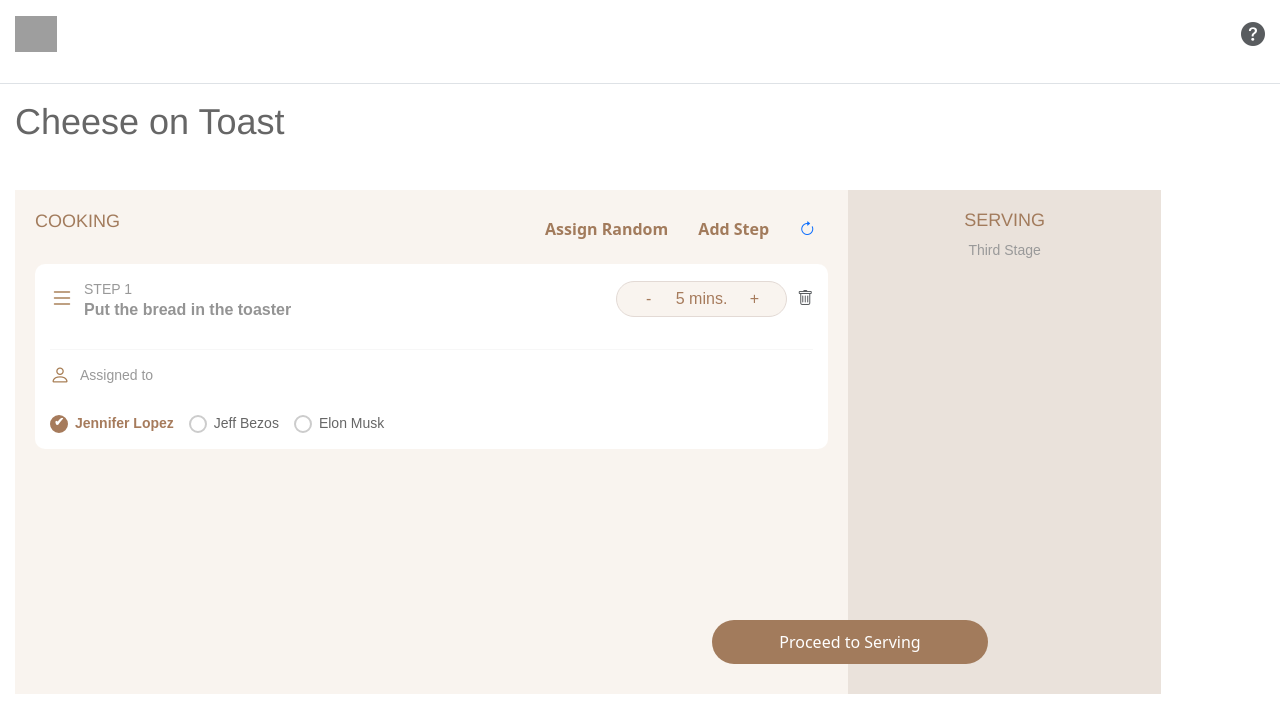
Repository: devashrisamani/SMC
Page: assign.html
An editor plug-in stored every save of this project. The page is shown before and after the next save, followed by the edit.
The browser window is 1280 px wide. The pictures show the whole page.
Pictures or frames that could not be fetched are drawn as grey boxes.

Above is the page before, as saved 2024-10-10 13:46:16.

### assign.html
<!DOCTYPE html>
<html lang="en">
  <head>
    <meta charset="UTF-8" />
    <meta name="viewport" content="width=device-width, initial-scale=1.0" />
    <link
      href="https://cdn.jsdelivr.net/npm/bootstrap@5.3.0-alpha1/dist/css/bootstrap.min.css"
      rel="stylesheet"
    />
    <link
      href="https://cdn.jsdelivr.net/npm/bootstrap-icons/font/bootstrap-icons.css"
      rel="stylesheet"
    />
    <link rel="stylesheet" href="styles.css" />
    <title>Assign Page</title>
    <style>
      .step-item {
        border: 1px solid #ddd;
        border-radius: 10px;
        padding: 15px;
        background-color: #f9f9f9;
        margin-bottom: 10px;
      }

      .handle-icon {
        margin-right: 10px;
        font-size: 24px;
        color: #a67c52;
      }

      .step-info {
        display: inline-block;
      }

      .step-number {
        margin: 0;
        font-size: 12px;
        color: #a67c52;
      }

      .step-title {
        margin: 0;
        font-size: 16px;
        font-weight: bold;
        color: #949494;
      }

      .step-divider {
        border: none;
        border-top: 1px solid #ddd;
        margin: 10px 0;
      }

      .step-header {
        display: flex;
        align-items: center;
        justify-content: flex-start; /* Align everything to the left */
        gap: 10px; /* Space between the elements */
      }

      .step-timer {
        display: flex;
        align-items: center;
        border: 1px solid #e3dad5;
        border-radius: 25px;
        padding: 5px 15px;
        background-color: #f9f4ef;
        flex-shrink: 0; /* Prevent the timer from shrinking */
      }

      .delete-step {
        margin-left: 10px;
        cursor: pointer;
        flex-shrink: 0; /* Prevent it from being pushed away */
      }

      .timer-btn {
        background-color: #f9f4ef;
        border: none; /* Remove the default button border */
        border-radius: 50%; /* Makes the button round */
        width: 24px;
        height: 24px;
        display: inline-flex;
        justify-content: center;
        align-items: center;
        color: #a67b5c; /* Set the color to match the design */
        cursor: pointer;
        margin: 0 5px;
      }

      .timer-btn:hover {
        background-color: #eae2db;
      }

      .step-timer span {
        color: #a67b5c;
        font-weight: 500; /* Add some weight to the text */
        margin: 0 10px; /* Adjusts the spacing around the time text */
      }

      .delete-step:hover {
        color: #333;
      }

      .step-body {
        margin-top: 10px;
        display: flex;
        flex-direction: column;
        align-items: flex-start;
      }

      .assigned-users {
        display: flex;
        gap: 15px;
        margin-left: 0;
        margin-top: 10px;
      }

      .assigned-text {
        margin-left: 0;
      }

      .task-icon {
        font-size: 20px;
        color: #a67c52;
        margin-right: 10px;
      }

      /* radio buttons */

      /* Hide default radio buttons */
      .user-option input[type="radio"] {
        opacity: 0;
        position: absolute;
      }

      /* Custom radio button styles */
      .user-option {
        display: inline-flex;
        align-items: center;
        font-size: 14px;
        color: #666;
        cursor: pointer;
      }

      .user-option input[type="radio"] + span {
        display: inline-flex;
        align-items: center;
        gap: 8px;
        position: relative;
        padding-left: 25px; /* Space for the custom circle */
        color: #666; /* Default text color */
        font-weight: normal; /* Normal weight for unselected */
      }

      .user-option input[type="radio"] + span::before {
        content: "";
        display: inline-block;
        width: 18px;
        height: 18px;
        border-radius: 50%;
        border: 2px solid #ccc;
        position: absolute;
        left: 0;
        background-color: white; /* Background for unselected radio */
      }

      /* Style for the checked radio button */
      .user-option input[type="radio"]:checked + span::before {
        border-color: #a67b5c; /* Change border color for selected radio */
        background-color: #a67b5c; /* Fill the circle */
      }

      /* Add the checkmark inside the circle */
      .user-option input[type="radio"]:checked + span::after {
        content: "✔";
        position: absolute;
        left: 4px;
        top: 0;
        font-size: 12px;
        color: white;
      }

      /* Highlight the text when selected */
      .user-option input[type="radio"]:checked + span {
        color: #a67b5c; /* Change the text color when checked */
        font-weight: bold; /* Make the selected name bold */
      }
    </style>
  </head>
  <body>
    <!-- Header -->
    <header class="container-fluid border-bottom py-3">
      <div class="d-flex justify-content-between align-items-center">
        <!-- Logo -->
        <div>
          <img src="img/logomark.svg" alt="Logo" class="logo" />
        </div>

        <!-- Help Icon -->
        <div>
          <i class="bi bi-question-circle-fill fs-4 text-muted"></i>
        </div>
      </div>
    </header>

    <!-- Title and Retry Button -->
    <section class="container-fluid py-3">
      <div class="d-flex justify-content-between align-items-center">
        <!-- Title -->
        <h1 class="header-title">Cheese on Toast</h1>
      </div>
    </section>
    <!-- Main Content -->
    <section class="container-fluid py-3">
      <div class="row position-relative">
        <!-- First Rectangle: Items Needed -->
        <div class="col-md-8 rectangle items-needed">
          <div class="d-flex justify-content-between align-items-center mb-3">
            <!-- Title (Items Needed) -->
            <h4 class="items-title">COOKING</h4>

            <!-- Add Ingredient and Refresh Button -->
            <div>
              <button class="btn btn-link add-ingredient">Assign Random</button>
              <button class="btn btn-link add-ingredient">Add Step</button>
              <button class="btn btn-link refresh-btn">
                <i class="bi bi-arrow-clockwise"></i>
              </button>
            </div>
          </div>

          <ul class="list-group ingredients-list">
            <!-- Ingredients will be added here -->
            <li class="step-item list-group-item">
              <div
                class="step-header d-flex align-items-center justify-content-between"
              >
                <!-- Step handle and title -->
                <div class="d-flex align-items-center">
                  <i class="bi bi-list handle-icon"></i>
                  <div class="step-info">
                    <p class="step-number">STEP 1</p>
                    <h4 class="step-title">Put the bread in the toaster</h4>
                  </div>
                </div>

                <!-- Timer and delete icon grouped together -->
                <div class="d-flex align-items-center">
                  <div class="step-timer">
                    <button class="timer-btn">-</button>
                    <span>5 mins.</span>
                    <button class="timer-btn">+</button>
                  </div>
                  <i class="bi bi-trash text-muted delete-step ml-2"></i>
                </div>
              </div>

              <!-- Horizontal line to separate sections -->
              <hr class="step-divider" />

              <div class="step-body">
                <div class="d-flex align-items-center">
                  <!-- Task icon before "Assigned to" -->
                  <i class="bi bi-person task-icon"></i>
                  <p class="assigned-text mb-0">Assigned to</p>
                </div>

                <!-- Radio buttons below "Assigned to" text -->
                <div class="assigned-users mt-2">
                  <label class="user-option">
                    <input type="radio" name="assigned-user" checked />
                    <span>Jennifer Lopez</span>
                  </label>
                  <label class="user-option">
                    <input type="radio" name="assigned-user" />
                    <span>Jeff Bezos</span>
                  </label>
                  <label class="user-option">
                    <input type="radio" name="assigned-user" />
                    <span>Elon Musk</span>
                  </label>
                </div>
              </div>
            </li>
          </ul>
        </div>

        <!-- Third Rectangle: Serving -->
        <div class="col-md-3 rectangle serving">
          <h5>SERVING</h5>
          <p>Third Stage</p>
        </div>

        <!-- Button inside both Cooking and Serving -->
        <div class="proceed-btn-wrapper position-absolute">
          <button class="btn btn-primary proceed-btn">
            Proceed to Serving
          </button>
        </div>
      </div>
    </section>
  </body>
</html>

### styles.css
/* Custom styles for the header */
html,
body {
  margin: 0;
  padding: 0;
  overflow-x: hidden; /* Hide horizontal scrolling */
}

.logo {
  width: 42px;
  height: 36px;
}

.bi-question-circle-fill {
  color: #a27b5c;
}

.border-bottom {
  border-color: #eee;
}

/* Title Section */
.header-title {
  font-family: "Calistoga-Regular", Helvetica, sans-serif;
  color: #666666;
  font-size: 36px;
  margin: 0;
}

.retry-btn {
  border-color: #a27b5c;
  color: #a27b5c;
  border-radius: 20px;
}

.retry-btn:hover {
  background-color: #a27b5c;
  color: #fff;
}

.container-fluid {
  max-width: 100vw; /* Ensure it does not exceed the viewport width */
  padding-right: 15px;
  padding-left: 15px;
  box-sizing: border-box;
}

.row {
  margin-right: 0;
  margin-left: 0;
}
/* Styling for the three rectangles */

.rectangle {
  background-color: #f7f3ef;
  padding: 20px;
  /* height: 100%; */
  min-height: 70vh;
}

.items-needed {
  background-color: #f9f4ef;
}

.cooking {
  background-color: #f2eee9;
  text-align: center;
}

.serving {
  background-color: #eae2db;
  text-align: center;
}

/* Title and Text Styles */
.items-title {
  font-family: "Calistoga-Regular", Helvetica, sans-serif;
  color: #a27b5c;
  font-size: 18px;
  margin-bottom: 15px;
}

.ingredients-list .list-group-item {
  border: none;
  border-radius: 10px;
  background-color: #fff;
  margin-bottom: 10px;
  font-family: "DM Sans", sans-serif;
}

.ingredients-list .list-group-item strong {
  font-size: 18px;
  color: #666666;
}

.ingredients-list .list-group-item p {
  font-size: 14px;
  color: #999999;
}

/* Add Ingredient Button */
.add-ingredient {
  color: #a27b5c;
  font-weight: bold;
  text-decoration: none;
}

.cooking h5,
.serving h5 {
  font-family: "Calistoga-Regular", Helvetica, sans-serif;
  font-size: 18px;
  color: #a27b5c;
}

.cooking p,
.serving p {
  font-family: "DM Sans", sans-serif;
  font-size: 14px;
  color: #999999;
}

/* Flexbox for the title and button alignment */
.d-flex {
  display: flex;
  justify-content: space-between;
  align-items: center;
  margin-bottom: 15px;
}

.proceed-btn-wrapper {
  position: absolute;
  bottom: 30px;
  left: 50%;
  transform: translateX(20%);
  width: 100%; /* Ensure it's 100% of its parent, not wider */
  max-width: 300px; /* Prevent it from getting too large */
  overflow: hidden;
}

.proceed-btn {
  width: 100%;
  max-width: 300px;
  background-color: #a27b5c;
  color: #fff;
  border-radius: 50px;
  font-size: 16px;
  padding: 10px 40px;
  border: none;
}

.proceed-btn:hover {
  background-color: #8c6649;
  color: #fff;
}

After the next save:
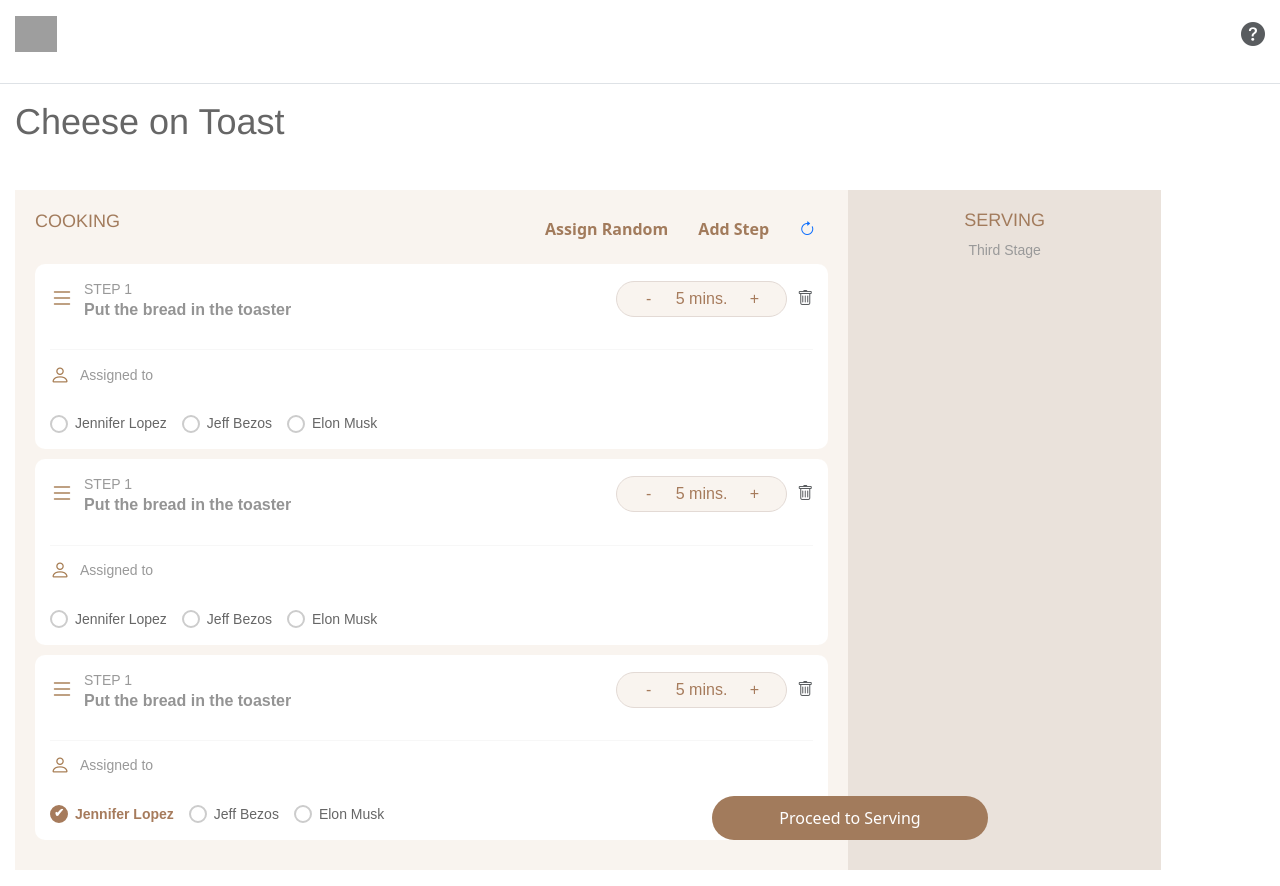
Saved 61 s later.
--- a/assign.html
+++ b/assign.html
@@ -283,6 +283,110 @@
                 </div>
               </div>
             </li>
+
+            <li class="step-item list-group-item">
+              <div
+                class="step-header d-flex align-items-center justify-content-between"
+              >
+                <!-- Step handle and title -->
+                <div class="d-flex align-items-center">
+                  <i class="bi bi-list handle-icon"></i>
+                  <div class="step-info">
+                    <p class="step-number">STEP 1</p>
+                    <h4 class="step-title">Put the bread in the toaster</h4>
+                  </div>
+                </div>
+
+                <!-- Timer and delete icon grouped together -->
+                <div class="d-flex align-items-center">
+                  <div class="step-timer">
+                    <button class="timer-btn">-</button>
+                    <span>5 mins.</span>
+                    <button class="timer-btn">+</button>
+                  </div>
+                  <i class="bi bi-trash text-muted delete-step ml-2"></i>
+                </div>
+              </div>
+
+              <!-- Horizontal line to separate sections -->
+              <hr class="step-divider" />
+
+              <div class="step-body">
+                <div class="d-flex align-items-center">
+                  <!-- Task icon before "Assigned to" -->
+                  <i class="bi bi-person task-icon"></i>
+                  <p class="assigned-text mb-0">Assigned to</p>
+                </div>
+
+                <!-- Radio buttons below "Assigned to" text -->
+                <div class="assigned-users mt-2">
+                  <label class="user-option">
+                    <input type="radio" name="assigned-user" checked />
+                    <span>Jennifer Lopez</span>
+                  </label>
+                  <label class="user-option">
+                    <input type="radio" name="assigned-user" />
+                    <span>Jeff Bezos</span>
+                  </label>
+                  <label class="user-option">
+                    <input type="radio" name="assigned-user" />
+                    <span>Elon Musk</span>
+                  </label>
+                </div>
+              </div>
+            </li>
+
+            <li class="step-item list-group-item">
+              <div
+                class="step-header d-flex align-items-center justify-content-between"
+              >
+                <!-- Step handle and title -->
+                <div class="d-flex align-items-center">
+                  <i class="bi bi-list handle-icon"></i>
+                  <div class="step-info">
+                    <p class="step-number">STEP 1</p>
+                    <h4 class="step-title">Put the bread in the toaster</h4>
+                  </div>
+                </div>
+
+                <!-- Timer and delete icon grouped together -->
+                <div class="d-flex align-items-center">
+                  <div class="step-timer">
+                    <button class="timer-btn">-</button>
+                    <span>5 mins.</span>
+                    <button class="timer-btn">+</button>
+                  </div>
+                  <i class="bi bi-trash text-muted delete-step ml-2"></i>
+                </div>
+              </div>
+
+              <!-- Horizontal line to separate sections -->
+              <hr class="step-divider" />
+
+              <div class="step-body">
+                <div class="d-flex align-items-center">
+                  <!-- Task icon before "Assigned to" -->
+                  <i class="bi bi-person task-icon"></i>
+                  <p class="assigned-text mb-0">Assigned to</p>
+                </div>
+
+                <!-- Radio buttons below "Assigned to" text -->
+                <div class="assigned-users mt-2">
+                  <label class="user-option">
+                    <input type="radio" name="assigned-user" checked />
+                    <span>Jennifer Lopez</span>
+                  </label>
+                  <label class="user-option">
+                    <input type="radio" name="assigned-user" />
+                    <span>Jeff Bezos</span>
+                  </label>
+                  <label class="user-option">
+                    <input type="radio" name="assigned-user" />
+                    <span>Elon Musk</span>
+                  </label>
+                </div>
+              </div>
+            </li>
           </ul>
         </div>
 
